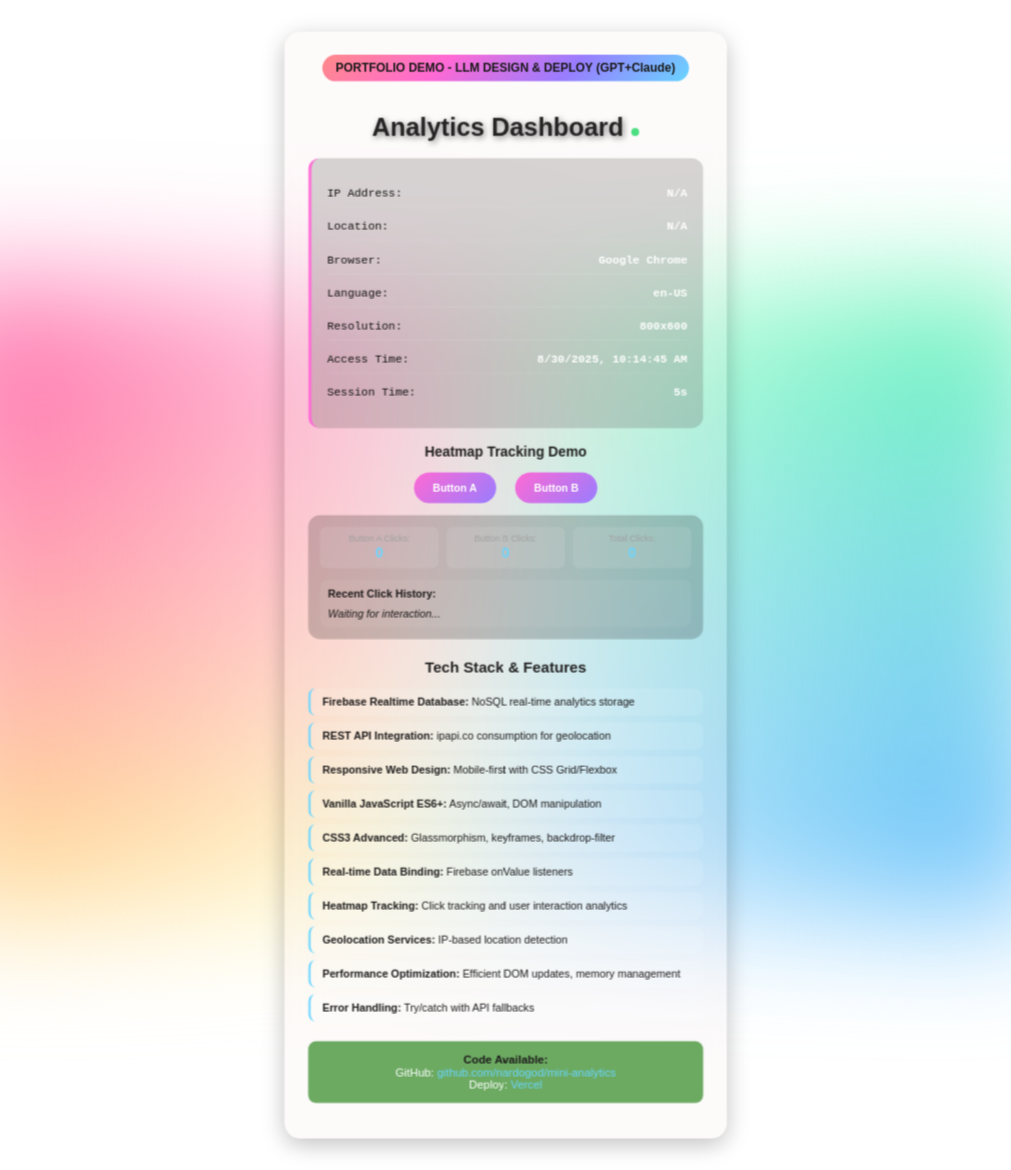
Repository: nardogod/mini-analytics
Page: mini.html
The author's editor kept a copy of each file at every save. The page is drawn from the files as they stood at one save, then again after the next save.
The browser window is 1280 px wide. The pictures show the whole page, at 79% of full size.
The page's requests for data from a server got no answer.

Above is the page before, as saved 2025-08-30 11:28:28.

### mini.html
<!DOCTYPE html>
<html lang="en">
  <head>
    <meta charset="UTF-8" />
    <meta name="viewport" content="width=device-width, initial-scale=1.0" />
    <title>Analytics Demo - Portfolio</title>
    <style>
      body {
        margin: 0;
        font-family: "Poppins", sans-serif;
        display: flex;
        justify-content: center;
        align-items: center;
        min-height: 100vh;
        overflow-x: hidden;
        color: #1b1919;
        text-align: center;
        padding: 20px 0;
      }

      /* Dynamic background with colorful bubbles */
      .background {
        position: fixed;
        width: 100%;
        height: 100%;
        background: radial-gradient(
            circle at top left,
            rgba(255, 80, 160, 0.9),
            transparent 55%
          ),
          radial-gradient(
            circle at bottom right,
            rgba(80, 180, 255, 0.9),
            transparent 55%
          ),
          radial-gradient(
            circle at top right,
            rgba(80, 255, 160, 0.9),
            transparent 55%
          ),
          radial-gradient(
            circle at bottom left,
            rgba(255, 240, 120, 0.9),
            transparent 55%
          );
        filter: blur(70px);
        animation: moveBubbles 15s infinite alternate ease-in-out;
        z-index: -1;
      }

      @keyframes moveBubbles {
        0% {
          transform: translate(0, 0) scale(1);
        }
        25% {
          transform: translate(-50px, 40px) scale(1.1);
        }
        50% {
          transform: translate(40px, -50px) scale(1.15);
        }
        75% {
          transform: translate(-30px, -20px) scale(1.05);
        }
        100% {
          transform: translate(50px, 50px) scale(1);
        }
      }

      .container {
        background: rgba(240, 222, 222, 0.15);
        border-radius: 20px;
        padding: 30px;
        width: 90%;
        max-width: 500px;
        box-shadow: 0 8px 30px rgba(0, 0, 0, 0.25);
        backdrop-filter: blur(20px);
        margin: 20px;
      }

      h1 {
        font-size: 2rem;
        margin-bottom: 20px;
        color: #242222;
        text-shadow: 2px 2px 8px rgba(0, 0, 0, 0.5);
        position: relative;
      }

      /* Live indicator */
      h1::after {
        content: "";
        display: inline-block;
        width: 10px;
        height: 10px;
        background: #4ade80;
        border-radius: 50%;
        margin-left: 10px;
        animation: blink 1.2s infinite;
      }

      @keyframes blink {
        0%,
        50% {
          opacity: 1;
        }
        51%,
        100% {
          opacity: 0.3;
        }
      }

      .demo-badge {
        display: inline-block;
        background: linear-gradient(135deg, #ff8a8a, #ff6ad5, #9a7dff, #6ad5ff);
        padding: 8px 16px;
        border-radius: 25px;
        font-size: 0.9rem;
        font-weight: bold;
        margin-bottom: 20px;
        animation: pulse 2s infinite;
      }

      @keyframes pulse {
        0%,
        100% {
          transform: scale(1);
        }
        50% {
          transform: scale(1.05);
        }
      }

      .analytics-display {
        background: rgba(88, 84, 84, 0.233);
        border-radius: 15px;
        padding: 20px;
        margin: 20px 0;
        text-align: left;
        font-family: "Courier New", monospace;
        font-size: 0.9rem;
        line-height: 1.6;
        border-left: 4px solid #ff6ad5;
      }

      .metric {
        display: flex;
        justify-content: space-between;
        margin: 8px 0;
        padding: 5px 0;
        border-bottom: 1px solid rgba(255, 255, 255, 0.1);
      }

      .metric:last-child {
        border-bottom: none;
      }

      .label {
        color: #131212;
        font-weight: 500;
      }

      .value {
        color: #fff;
        font-weight: bold;
      }

      /* Heatmap Demo Styles */
      .heatmap-section {
        margin: 20px 0;
        text-align: center;
      }

      .heatmap-section h3 {
        color: #201f1f;
        margin-bottom: 15px;
        font-size: 1.1rem;
      }

      .demo-button {
        background: linear-gradient(135deg, #ff6ad5, #9a7dff);
        color: white;
        border: none;
        padding: 12px 24px;
        margin: 0 10px;
        border-radius: 25px;
        font-weight: bold;
        cursor: pointer;
        transition: all 0.3s ease;
        position: relative;
        overflow: hidden;
      }

      .demo-button:hover {
        transform: scale(1.05);
        box-shadow: 0 5px 15px rgba(255, 106, 213, 0.4);
      }

      .demo-button:active {
        transform: scale(0.95);
      }

      .heatmap-display {
        background: rgba(0, 0, 0, 0.2);
        border-radius: 15px;
        padding: 15px;
        margin-top: 15px;
        font-size: 0.85rem;
      }

      .click-counter {
        display: grid;
        grid-template-columns: 1fr 1fr 1fr;
        gap: 10px;
        margin-bottom: 15px;
      }

      .counter-item {
        background: rgba(255, 255, 255, 0.1);
        padding: 8px;
        border-radius: 8px;
        text-align: center;
      }

      .counter-label {
        display: block;
        font-size: 0.7rem;
        color: #a0a0a0;
        margin-bottom: 3px;
      }

      .counter-value {
        font-weight: bold;
        font-size: 1.1rem;
        color: #6ad5ff;
      }

      .click-positions {
        background: rgba(255, 255, 255, 0.05);
        border-radius: 10px;
        padding: 10px;
        text-align: left;
      }

      .click-item {
        font-size: 0.75rem;
        color: #d0d0d0;
        margin: 3px 0;
        padding: 3px 8px;
        background: rgba(106, 213, 255, 0.1);
        border-radius: 5px;
        border-left: 2px solid #6ad5ff;
      }

      .click-ripple {
        position: absolute;
        border-radius: 50%;
        background: rgba(255, 255, 255, 0.6);
        transform: scale(0);
        animation: ripple 0.6s linear;
        pointer-events: none;
      }

      @keyframes ripple {
        to {
          transform: scale(4);
          opacity: 0;
        }
      }

      .tecnicas {
        margin-top: 25px;
        font-size: 0.85rem;
        text-align: left;
      }

      .tecnicas h2 {
        font-size: 1.2rem;
        margin-bottom: 15px;
        text-align: center;
        color: #201f1f;
      }

      .tecnicas ul {
        list-style: none;
        padding: 0;
      }

      .tecnicas li {
        background: rgba(255, 255, 255, 0.1);
        margin: 8px 0;
        padding: 10px 15px;
        border-radius: 10px;
        border-left: 3px solid #6ad5ff;
        transition: all 0.3s ease;
      }

      .tecnicas li:hover {
        background: rgba(255, 255, 255, 0.25);
        transform: translateX(5px);
      }

      .deployment-info {
        margin-top: 25px;
        text-align: center;
        font-size: 0.9rem;
      }

      .deployment-box {
        background: rgba(20, 122, 7, 0.623);
        padding: 15px;
        border-radius: 10px;
        margin: 15px 0;
      }
    </style>
  </head>
  <body>
    <div class="background"></div>
    <div class="container">
      <div class="demo-badge">
        PORTFOLIO DEMO - LLM DESIGN & DEPLOY (GPT+Claude)
      </div>
      <h1>Analytics Dashboard</h1>

      <div class="analytics-display" id="analytics">
        <div class="metric">
          <span class="label">IP Address:</span>
          <span class="value" id="ip">Detecting...</span>
        </div>
        <div class="metric">
          <span class="label">Location:</span>
          <span class="value" id="location">Loading...</span>
        </div>
        <div class="metric">
          <span class="label">Browser:</span>
          <span class="value" id="browser">Analyzing...</span>
        </div>
        <div class="metric">
          <span class="label">Language:</span>
          <span class="value" id="language">--</span>
        </div>
        <div class="metric">
          <span class="label">Resolution:</span>
          <span class="value" id="screen">--</span>
        </div>
        <div class="metric">
          <span class="label">Access Time:</span>
          <span class="value" id="timestamp">--</span>
        </div>
        <div class="metric">
          <span class="label">Session Time:</span>
          <span class="value" id="sessionTime">0s</span>
        </div>
      </div>

      <!-- Heatmap Tracking Demo -->
      <div class="heatmap-section">
        <h3>Heatmap Tracking Demo</h3>
        <button class="demo-button" id="button1">Button A</button>
        <button class="demo-button" id="button2">Button B</button>

        <div class="heatmap-display">
          <div class="click-counter">
            <div class="counter-item">
              <span class="counter-label">Button A Clicks:</span>
              <span class="counter-value" id="countA">0</span>
            </div>
            <div class="counter-item">
              <span class="counter-label">Button B Clicks:</span>
              <span class="counter-value" id="countB">0</span>
            </div>
            <div class="counter-item">
              <span class="counter-label">Total Clicks:</span>
              <span class="counter-value" id="totalClicks">0</span>
            </div>
          </div>

          <div class="click-positions" id="clickPositions">
            <strong>Recent Click History:</strong>
            <div
              id="clickList"
              style="max-height: 80px; overflow-y: auto; margin-top: 10px"
            >
              <em>Waiting for interaction...</em>
            </div>
          </div>
        </div>
      </div>

      <div class="tecnicas">
        <h2>Tech Stack & Features</h2>
        <ul>
          <li>
            <strong>Firebase Realtime Database:</strong> NoSQL real-time
            analytics storage
          </li>
          <li>
            <strong>REST API Integration:</strong> ipapi.co consumption for
            geolocation
          </li>
          <li>
            <strong>Responsive Web Design:</strong> Mobile-first with CSS
            Grid/Flexbox
          </li>
          <li>
            <strong>Vanilla JavaScript ES6+:</strong> Async/await, DOM
            manipulation
          </li>
          <li>
            <strong>CSS3 Advanced:</strong> Glassmorphism, keyframes,
            backdrop-filter
          </li>
          <li>
            <strong>Real-time Data Binding:</strong> Firebase onValue listeners
          </li>
          <li>
            <strong>Heatmap Tracking:</strong> Click tracking and user
            interaction analytics
          </li>
          <li>
            <strong>Geolocation Services:</strong> IP-based location detection
          </li>
          <li>
            <strong>Performance Optimization:</strong> Efficient DOM updates,
            memory management
          </li>
          <li><strong>Error Handling:</strong> Try/catch with API fallbacks</li>
        </ul>

        <div class="deployment-info">
          <div class="deployment-box">
            <strong>Code Available:</strong><br />
            <span style="color: #ffffff">GitHub: </span>
            <span style="color: #6ad5ff"
              >github.com/nardogod/mini-analytics</span
            ><br />
            <span style="color: #ffffff">Deploy: </span>
            <span style="color: #6ad5ff">Vercel</span>
          </div>
        </div>
      </div>
    </div>

    <script>
      let sessionTime = 0;
      let clickCountA = 0;
      let clickCountB = 0;
      let totalClicks = 0;
      let clickHistory = [];

      // Client data collection function
      function collectData() {
        const browser = getBrowserInfo();
        const language = navigator.language || "en-US";
        const screen = `${window.screen.width}x${window.screen.height}`;
        const accessTime = new Date().toLocaleString("en-US");

        document.getElementById("browser").textContent = browser;
        document.getElementById("language").textContent = language;
        document.getElementById("screen").textContent = screen;
        document.getElementById("timestamp").textContent = accessTime;

        fetchIP();

        setInterval(() => {
          sessionTime++;
          const minutes = Math.floor(sessionTime / 60);
          const seconds = sessionTime % 60;
          const timeDisplay =
            minutes > 0 ? `${minutes}m ${seconds}s` : `${seconds}s`;
          document.getElementById("sessionTime").textContent = timeDisplay;
        }, 1000);
      }

      function getBrowserInfo() {
        const ua = navigator.userAgent;
        if (ua.includes("Chrome") && !ua.includes("Edge"))
          return "Google Chrome";
        if (ua.includes("Firefox")) return "Mozilla Firefox";
        if (ua.includes("Safari") && !ua.includes("Chrome")) return "Safari";
        if (ua.includes("Edge")) return "Microsoft Edge";
        if (ua.includes("Opera")) return "Opera";
        return "Unknown";
      }

      async function fetchIP() {
        try {
          const res = await fetch("https://ipapi.co/json/");
          const data = await res.json();
          document.getElementById("ip").textContent = data.ip;
          document.getElementById(
            "location"
          ).textContent = `${data.city}, ${data.country_name}`;
        } catch (e) {
          console.error("Error fetching IP:", e);
          document.getElementById("ip").textContent = "N/A";
          document.getElementById("location").textContent = "N/A";
        }
      }

      // Heatmap Tracking Functions
      function createRippleEffect(e) {
        const button = e.target;
        const rect = button.getBoundingClientRect();
        const size = Math.max(rect.width, rect.height);
        const x = e.clientX - rect.left - size / 2;
        const y = e.clientY - rect.top - size / 2;

        const ripple = document.createElement("span");
        ripple.className = "click-ripple";
        ripple.style.width = ripple.style.height = size + "px";
        ripple.style.left = x + "px";
        ripple.style.top = y + "px";

        button.appendChild(ripple);

        setTimeout(() => {
          ripple.remove();
        }, 600);
      }

      function trackClick(buttonId, e) {
        const timestamp = new Date().toLocaleTimeString("en-US");
        const buttonName = buttonId === "button1" ? "Button A" : "Button B";

        // Update counters
        if (buttonId === "button1") {
          clickCountA++;
          document.getElementById("countA").textContent = clickCountA;
        } else {
          clickCountB++;
          document.getElementById("countB").textContent = clickCountB;
        }

        totalClicks++;
        document.getElementById("totalClicks").textContent = totalClicks;

        // Add to history
        const clickData = {
          button: buttonName,
          time: timestamp,
          coordinates: `(${Math.round(e.clientX)}, ${Math.round(e.clientY)})`,
        };

        clickHistory.unshift(clickData);
        if (clickHistory.length > 5) clickHistory.pop(); // Keep only last 5

        updateClickList();
        createRippleEffect(e);
      }

      function updateClickList() {
        const clickList = document.getElementById("clickList");
        if (clickHistory.length === 0) {
          clickList.innerHTML = "<em>Waiting for interaction...</em>";
          return;
        }

        clickList.innerHTML = clickHistory
          .map(
            (click) =>
              `<div class="click-item">
            ${click.button} - ${click.time} - ${click.coordinates}
          </div>`
          )
          .join("");
      }

      // Initialize application
      collectData();

      // Event Listeners for Heatmap
      document.addEventListener("DOMContentLoaded", () => {
        // Heatmap tracking on buttons
        document.getElementById("button1").addEventListener("click", (e) => {
          trackClick("button1", e);
        });

        document.getElementById("button2").addEventListener("click", (e) => {
          trackClick("button2", e);
        });

        // Hover effects on tech stack items
        const techItems = document.querySelectorAll(".tecnicas li");
        techItems.forEach((item) => {
          item.addEventListener("mouseenter", () => {
            item.style.background = "rgba(255, 255, 255, 0.2)";
            item.style.transform = "translateX(5px)";
            item.style.transition = "all 0.3s ease";
          });

          item.addEventListener("mouseleave", () => {
            item.style.background = "rgba(255, 255, 255, 0.1)";
            item.style.transform = "translateX(0px)";
          });
        });
      });
    </script>
  </body>
</html>

After the next save:
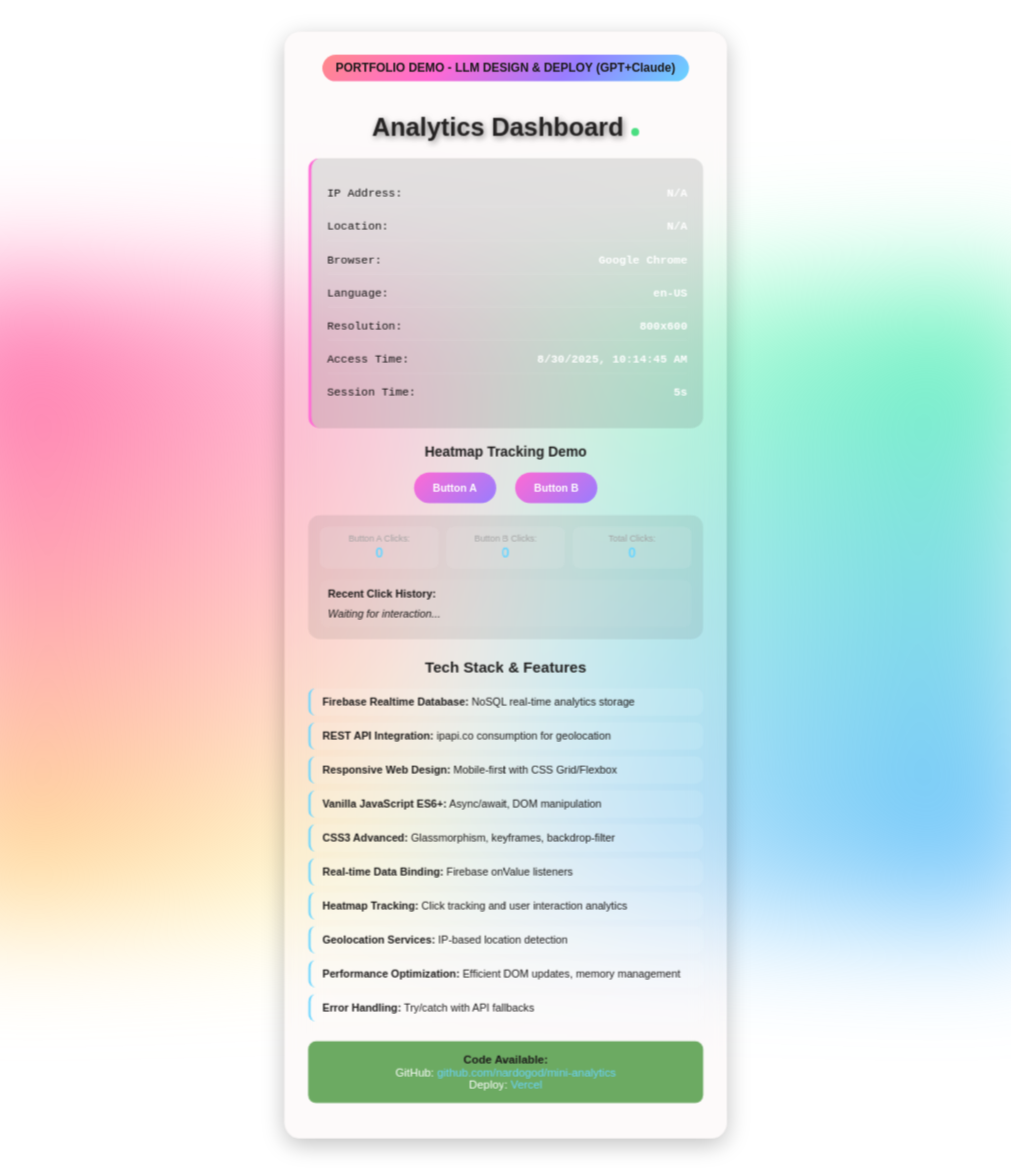
Saved 102 s later.
--- a/mini.html
+++ b/mini.html
@@ -130,10 +130,11 @@
       }
 
       .analytics-display {
-        background: rgba(88, 84, 84, 0.233);
+        background: rgba(95, 93, 93, 0.164);
         border-radius: 15px;
         padding: 20px;
         margin: 20px 0;
+        text-align: left;
         text-align: left;
         font-family: "Courier New", monospace;
         font-size: 0.9rem;
@@ -199,7 +200,7 @@
       }
 
       .heatmap-display {
-        background: rgba(0, 0, 0, 0.2);
+        background: rgba(88, 86, 86, 0.11);
         border-radius: 15px;
         padding: 15px;
         margin-top: 15px;
